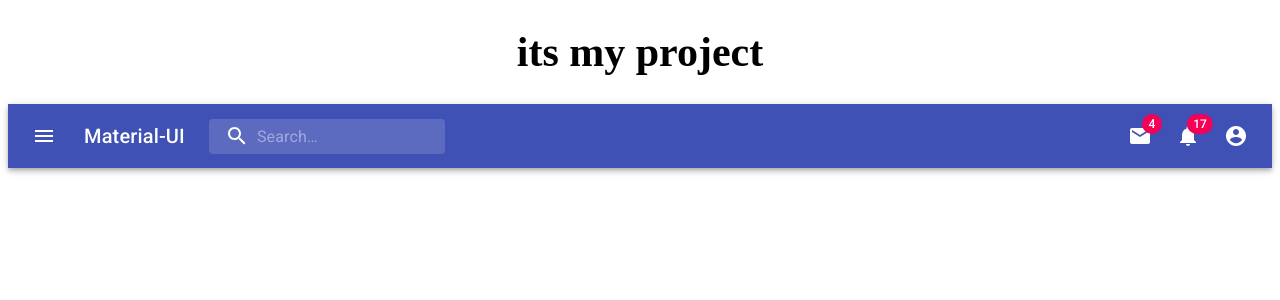
Repository: Hansol46/Films-archive
Page: /
An editor plug-in stored every save of this project. The page is shown before and after the next save, followed by the edit.
The browser window is 1280 px wide. The pictures show the whole page.
The page's requests for data from a server got no answer. The project was rebuilt for these pictures with package versions that can differ from the ones it lists, and the page was loaded fresh each time. No one was signed in, and anything a server would have sent is missing. Also part of the build but not shown: webpack.config.js.

Above is the page before, as saved 2020-09-25 01:08:09.

### src/index.html
<!DOCTYPE html>
<html lang="en">
<head>
    <meta charset="UTF-8">
    <meta name="viewport" content="width=device-width, initial-scale=1.0">
    <title>Search Films</title>
    <link rel="stylesheet" href="https://fonts.googleapis.com/css?family=Roboto:300,400,500,700&display=swap" />
    <link rel="stylesheet" href="https://fonts.googleapis.com/icon?family=Material+Icons" />
</head>
<body>
    <div id='root'>

    </div>
</body>
</html>

### src/index.js
import React from 'react'
import ReactDOM from 'react-dom'
import App from './components/App'


ReactDOM.render(<App />, document.getElementById('root'))

### src/components/App.js
import React from 'react'
import '../styles/App.css'
import PrimarySearchAppBar from './material/nav'
import Search from './Search'


function App () {
    return (
        <div>
            <h1> its my project</h1>
            <PrimarySearchAppBar />
            <Search />
        </div>
    )
}

export default App

### src/styles/App.css
h1 {
    color: black;
    text-align: center;
    font-size: 42px;
}

### src/components/material/nav.js
import React from 'react';
import { fade, makeStyles } from '@material-ui/core/styles';
import AppBar from '@material-ui/core/AppBar';
import Toolbar from '@material-ui/core/Toolbar';
import IconButton from '@material-ui/core/IconButton';
import Typography from '@material-ui/core/Typography';
import InputBase from '@material-ui/core/InputBase';
import Badge from '@material-ui/core/Badge';
import MenuItem from '@material-ui/core/MenuItem';
import Menu from '@material-ui/core/Menu';
import MenuIcon from '@material-ui/icons/Menu';
import SearchIcon from '@material-ui/icons/Search';
import AccountCircle from '@material-ui/icons/AccountCircle';
import MailIcon from '@material-ui/icons/Mail';
import NotificationsIcon from '@material-ui/icons/Notifications';
import MoreIcon from '@material-ui/icons/MoreVert';

const useStyles = makeStyles((theme) => ({
  grow: {
    flexGrow: 1,
  },
  menuButton: {
    marginRight: theme.spacing(2),
  },
  title: {
    display: 'none',
    [theme.breakpoints.up('sm')]: {
      display: 'block',
    },
  },
  search: {
    position: 'relative',
    borderRadius: theme.shape.borderRadius,
    backgroundColor: fade(theme.palette.common.white, 0.15),
    '&:hover': {
      backgroundColor: fade(theme.palette.common.white, 0.25),
    },
    marginRight: theme.spacing(2),
    marginLeft: 0,
    width: '100%',
    [theme.breakpoints.up('sm')]: {
      marginLeft: theme.spacing(3),
      width: 'auto',
    },
  },
  searchIcon: {
    padding: theme.spacing(0, 2),
    height: '100%',
    position: 'absolute',
    pointerEvents: 'none',
    display: 'flex',
    alignItems: 'center',
    justifyContent: 'center',
  },
  inputRoot: {
    color: 'inherit',
  },
  inputInput: {
    padding: theme.spacing(1, 1, 1, 0),
    // vertical padding + font size from searchIcon
    paddingLeft: `calc(1em + ${theme.spacing(4)}px)`,
    transition: theme.transitions.create('width'),
    width: '100%',
    [theme.breakpoints.up('md')]: {
      width: '20ch',
    },
  },
  sectionDesktop: {
    display: 'none',
    [theme.breakpoints.up('md')]: {
      display: 'flex',
    },
  },
  sectionMobile: {
    display: 'flex',
    [theme.breakpoints.up('md')]: {
      display: 'none',
    },
  },
}));

export default function PrimarySearchAppBar() {
  const classes = useStyles();
  const [anchorEl, setAnchorEl] = React.useState(null);
  const [mobileMoreAnchorEl, setMobileMoreAnchorEl] = React.useState(null);

  const isMenuOpen = Boolean(anchorEl);
  const isMobileMenuOpen = Boolean(mobileMoreAnchorEl);

  const handleProfileMenuOpen = (event) => {
    setAnchorEl(event.currentTarget);
  };

  const handleMobileMenuClose = () => {
    setMobileMoreAnchorEl(null);
  };

  const handleMenuClose = () => {
    setAnchorEl(null);
    handleMobileMenuClose();
  };

  const handleMobileMenuOpen = (event) => {
    setMobileMoreAnchorEl(event.currentTarget);
  };

  const menuId = 'primary-search-account-menu';
  const renderMenu = (
    <Menu
      anchorEl={anchorEl}
      anchorOrigin={{ vertical: 'top', horizontal: 'right' }}
      id={menuId}
      keepMounted
      transformOrigin={{ vertical: 'top', horizontal: 'right' }}
      open={isMenuOpen}
      onClose={handleMenuClose}
    >
      <MenuItem onClick={handleMenuClose}>Profile</MenuItem>
      <MenuItem onClick={handleMenuClose}>My account</MenuItem>
    </Menu>
  );

  const mobileMenuId = 'primary-search-account-menu-mobile';
  const renderMobileMenu = (
    <Menu
      anchorEl={mobileMoreAnchorEl}
      anchorOrigin={{ vertical: 'top', horizontal: 'right' }}
      id={mobileMenuId}
      keepMounted
      transformOrigin={{ vertical: 'top', horizontal: 'right' }}
      open={isMobileMenuOpen}
      onClose={handleMobileMenuClose}
    >
      <MenuItem>
        <IconButton aria-label="show 4 new mails" color="inherit">
          <Badge badgeContent={4} color="secondary">
            <MailIcon />
          </Badge>
        </IconButton>
        <p>Messages</p>
      </MenuItem>
      <MenuItem>
        <IconButton aria-label="show 11 new notifications" color="inherit">
          <Badge badgeContent={11} color="secondary">
            <NotificationsIcon />
          </Badge>
        </IconButton>
        <p>Notifications</p>
      </MenuItem>
      <MenuItem onClick={handleProfileMenuOpen}>
        <IconButton
          aria-label="account of current user"
          aria-controls="primary-search-account-menu"
          aria-haspopup="true"
          color="inherit"
        >
          <AccountCircle />
        </IconButton>
        <p>Profile</p>
      </MenuItem>
    </Menu>
  );

  return (
    <div className={classes.grow}>
      <AppBar position="static">
        <Toolbar>
          <IconButton
            edge="start"
            className={classes.menuButton}
            color="inherit"
            aria-label="open drawer"
          >
            <MenuIcon />
          </IconButton>
          <Typography className={classes.title} variant="h6" noWrap>
            Material-UI
          </Typography>
          <div className={classes.search}>
            <div className={classes.searchIcon}>
              <SearchIcon />
            </div>
            <InputBase
              placeholder="Search…"
              classes={{
                root: classes.inputRoot,
                input: classes.inputInput,
              }}
              inputProps={{ 'aria-label': 'search' }}
            />
          </div>
          <div className={classes.grow} />
          <div className={classes.sectionDesktop}>
            <IconButton aria-label="show 4 new mails" color="inherit">
              <Badge badgeContent={4} color="secondary">
                <MailIcon />
              </Badge>
            </IconButton>
            <IconButton aria-label="show 17 new notifications" color="inherit">
              <Badge badgeContent={17} color="secondary">
                <NotificationsIcon />
              </Badge>
            </IconButton>
            <IconButton
              edge="end"
              aria-label="account of current user"
              aria-controls={menuId}
              aria-haspopup="true"
              onClick={handleProfileMenuOpen}
              color="inherit"
            >
              <AccountCircle />
            </IconButton>
          </div>
          <div className={classes.sectionMobile}>
            <IconButton
              aria-label="show more"
              aria-controls={mobileMenuId}
              aria-haspopup="true"
              onClick={handleMobileMenuOpen}
              color="inherit"
            >
              <MoreIcon />
            </IconButton>
          </div>
        </Toolbar>
      </AppBar>
      {renderMobileMenu}
      {renderMenu}
    </div>
  );
}

### src/components/Search.js
import React, { useEffect, useState } from 'react'

function Search() {

    const [state, setState] = useState([]);

    useEffect(() => {
        const APIurl = 'http://www.omdbapi.com/?i=tt3896198&apikey=480344f1'
        fetch(APIurl)
            .then(response => response.json())
            .then(json => setState(json))
    }, [])

    // http://www.omdbapi.com/?t=inception&y=&plot=short&r=json

    return(
        <div>
            {state.Title}
            <br></br>
            {state.Year}
            <br></br>
            <img src={state.Poster}/>
        </div>

    )


}
export default Search

After the next save:
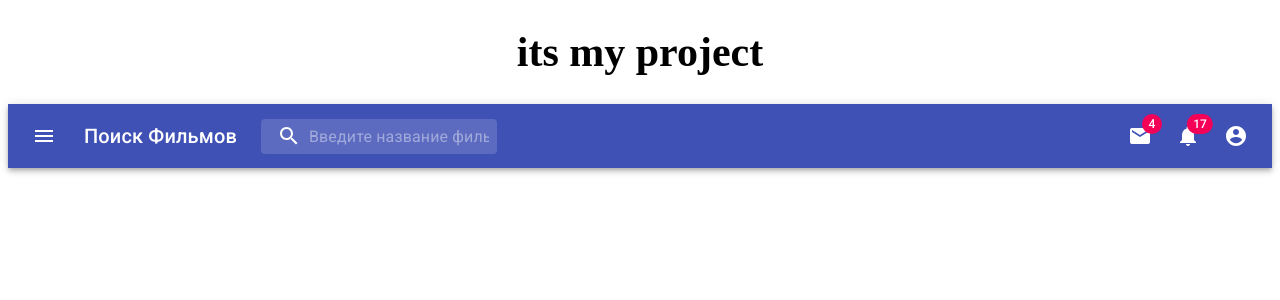
Saved 5 min 12 s later.
--- a/src/components/material/nav.js
+++ b/src/components/material/nav.js
@@ -174,14 +174,14 @@ export default function PrimarySearchAppBar() {
             <MenuIcon />
           </IconButton>
           <Typography className={classes.title} variant="h6" noWrap>
-            Material-UI
+            Поиск Фильмов
           </Typography>
           <div className={classes.search}>
             <div className={classes.searchIcon}>
               <SearchIcon />
             </div>
             <InputBase
-              placeholder="Search…"
+              placeholder="Введите название фильма"
               classes={{
                 root: classes.inputRoot,
                 input: classes.inputInput,
